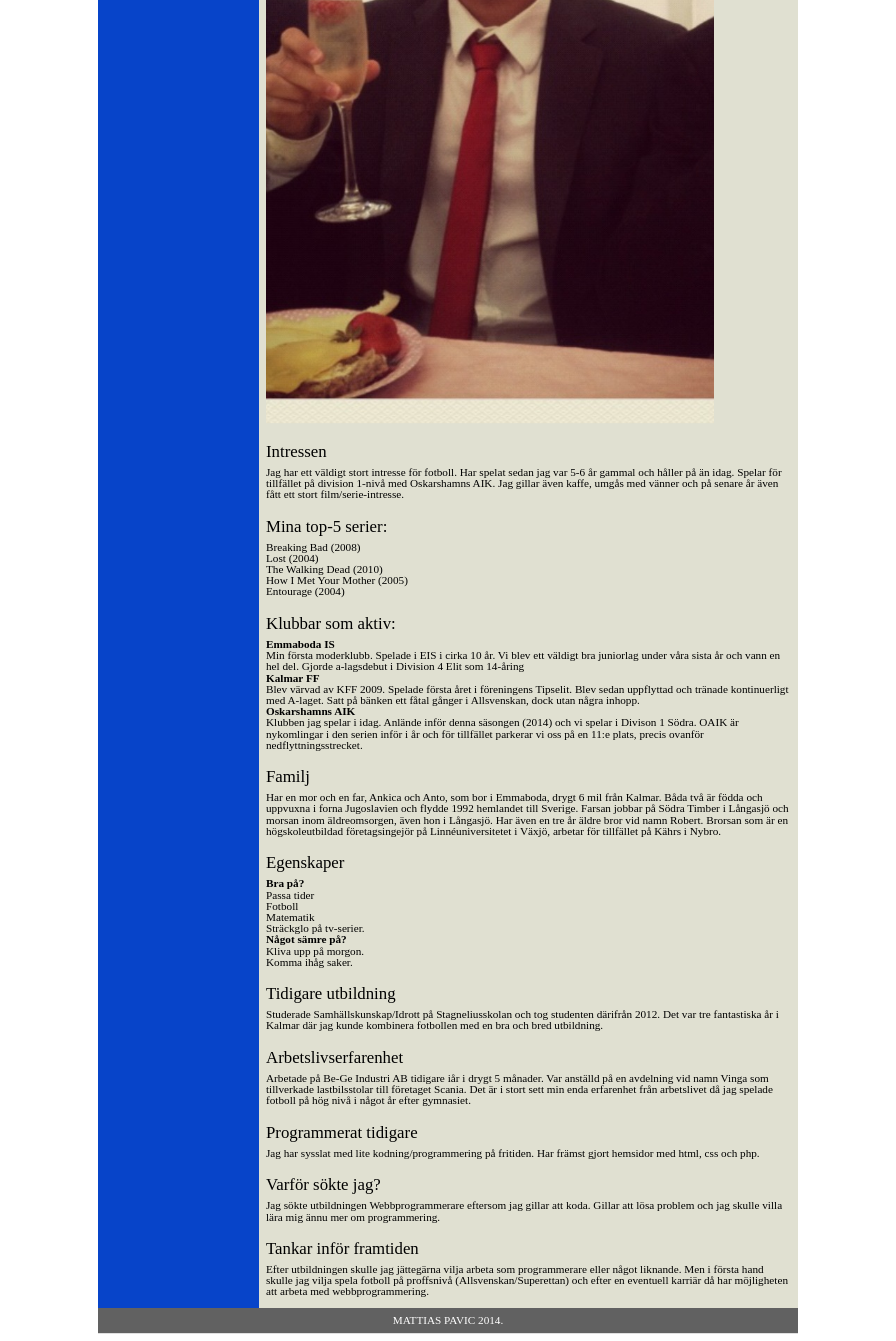
Repository: mp222sf/1ik415-laborationer
Page: pages/presentation.html
The author's editor kept a record of every edit. The page is drawn from the files as they stood at one moment, then again after the next edit.
The browser window is 1280 px wide. The pictures show the part of the page from y = 731 to 2651 px (the page is 2646 px tall before and 2651 px after), at 70% of full size.

Above is the page before.

After the next edit:
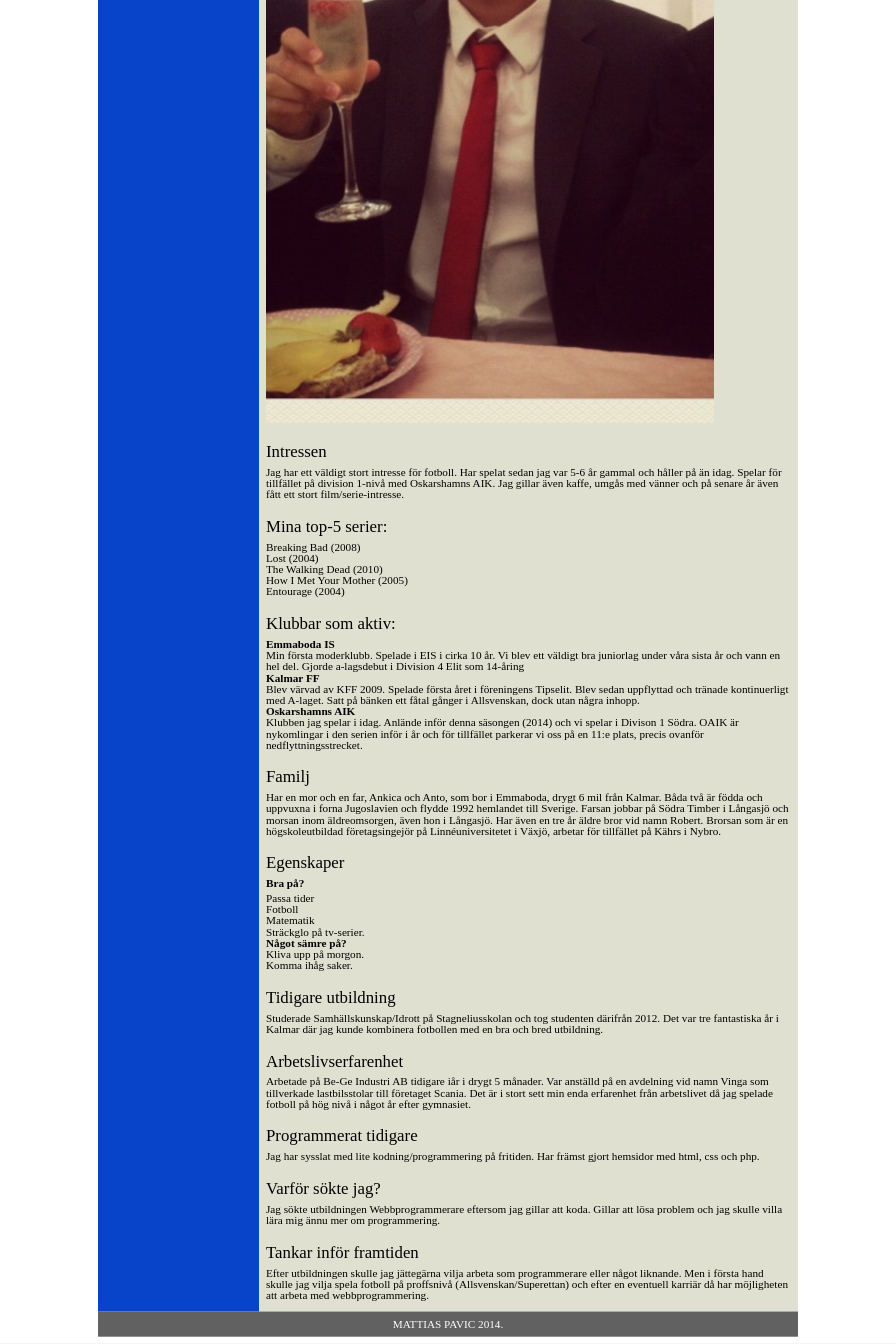
The edit:
--- a/pages/presentation.html
+++ b/pages/presentation.html
@@ -61,7 +61,7 @@
                 <h4>Egenskaper</h4>
                 <ul>
                     <li><strong>Bra på?</strong>
-                        <ul>
+                        <ul><p></p>
                             <li>Passa tider</li>
                             <li>Fotboll</li>
                             <li>Matematik</li>
